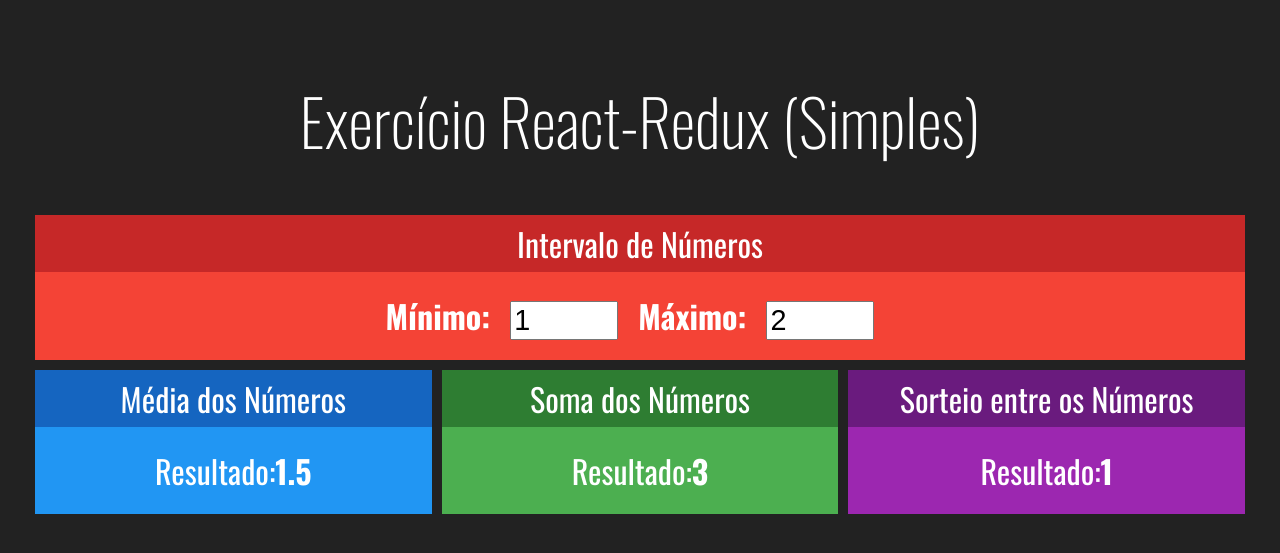
Repository: WellysonP/testando-react-redux
Page: /
An editor plug-in stored every save of this project. The page is shown before and after the next save, followed by the edit.
The browser window is 1280 px wide. The pictures show the whole page.
The project was rebuilt for these pictures with package versions that can differ from the ones it lists, and the page was loaded fresh each time.

Above is the page before, as saved 2023-01-12 18:52:11.

After the next save:
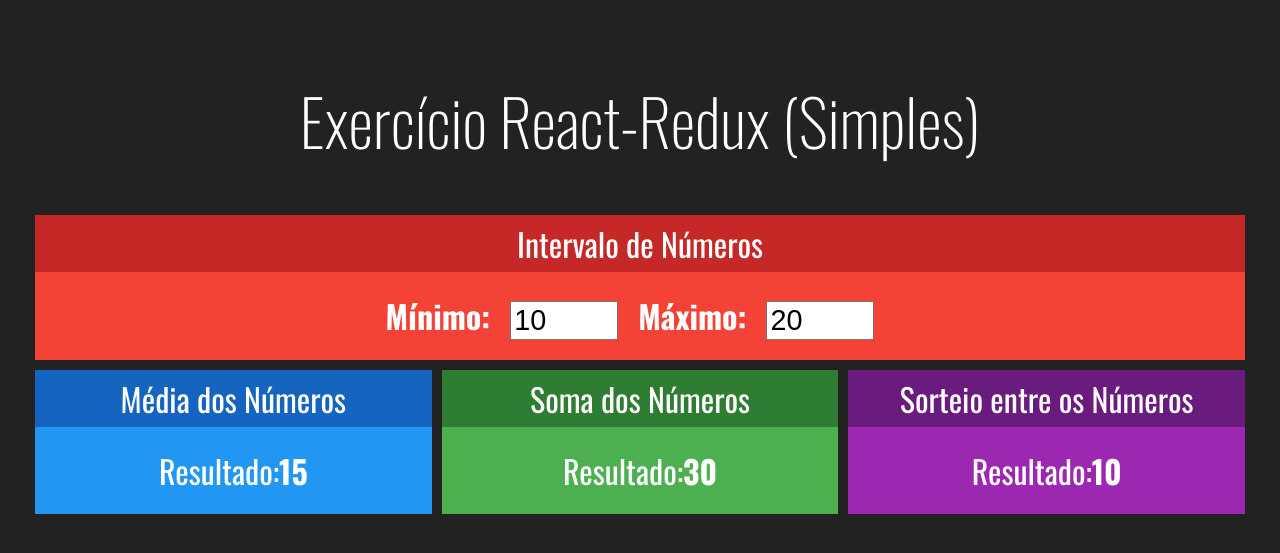
Saved 13 s later.
--- a/src/App.js
+++ b/src/App.js
@@ -6,8 +6,8 @@ import Soma from './components/Soma';
 import Sorteio from './components/Sorteio';
 
 function App() {
-  const [min, setMin] = useState(1)
-  const [max, setMax] = useState(2)
+  const [min, setMin] = useState(10)
+  const [max, setMax] = useState(20)
   return (
     <div className="App">
       <h1>Exercício React-Redux (Simples)</h1>
